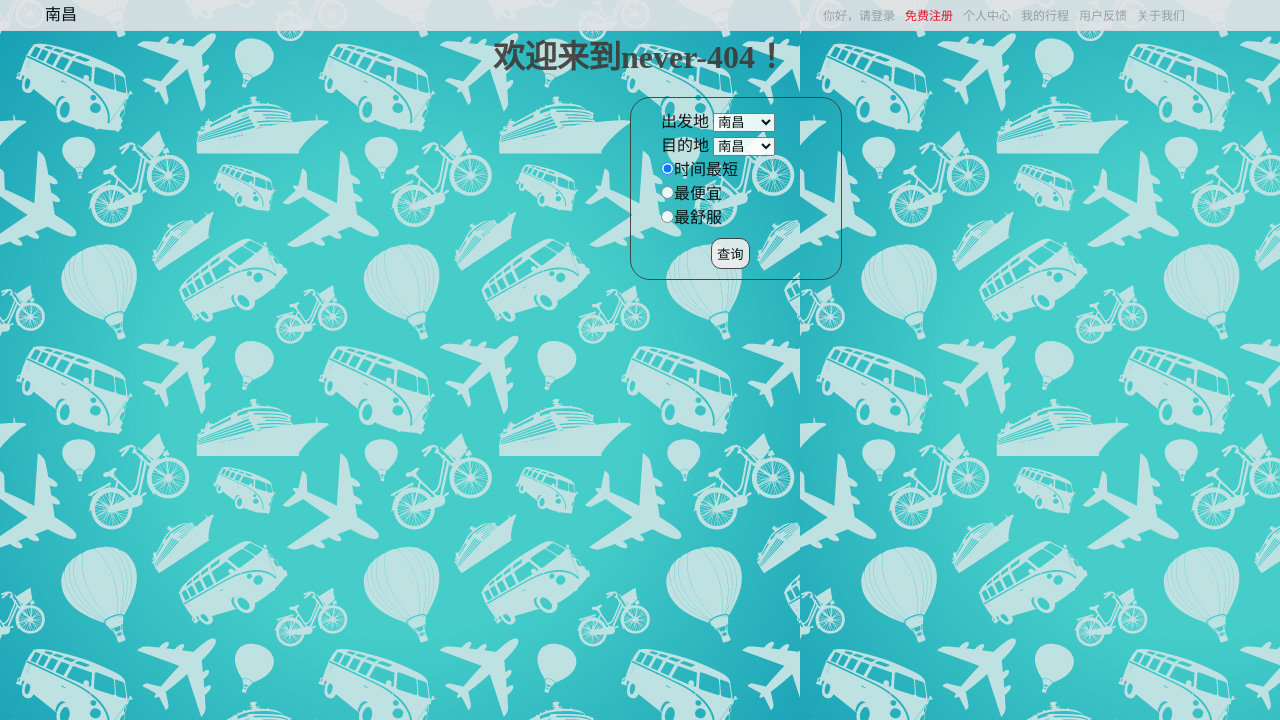
Repository: never-404/Intelligent-recommendation-system
Page: http://localhost/Intelligent-recommendation-system/mainpage.jsp
These files come from the project's save history. The page is drawn as it stood at one moment and after the next save; the edit follows.
The browser window is 1280 px wide. The pictures show the whole page.
The page is served by Tomcat 9. Nobody is signed in. The application's start-up code is not run.

Above is the page before, as saved 2019-04-24 11:34:32.

After the next save:
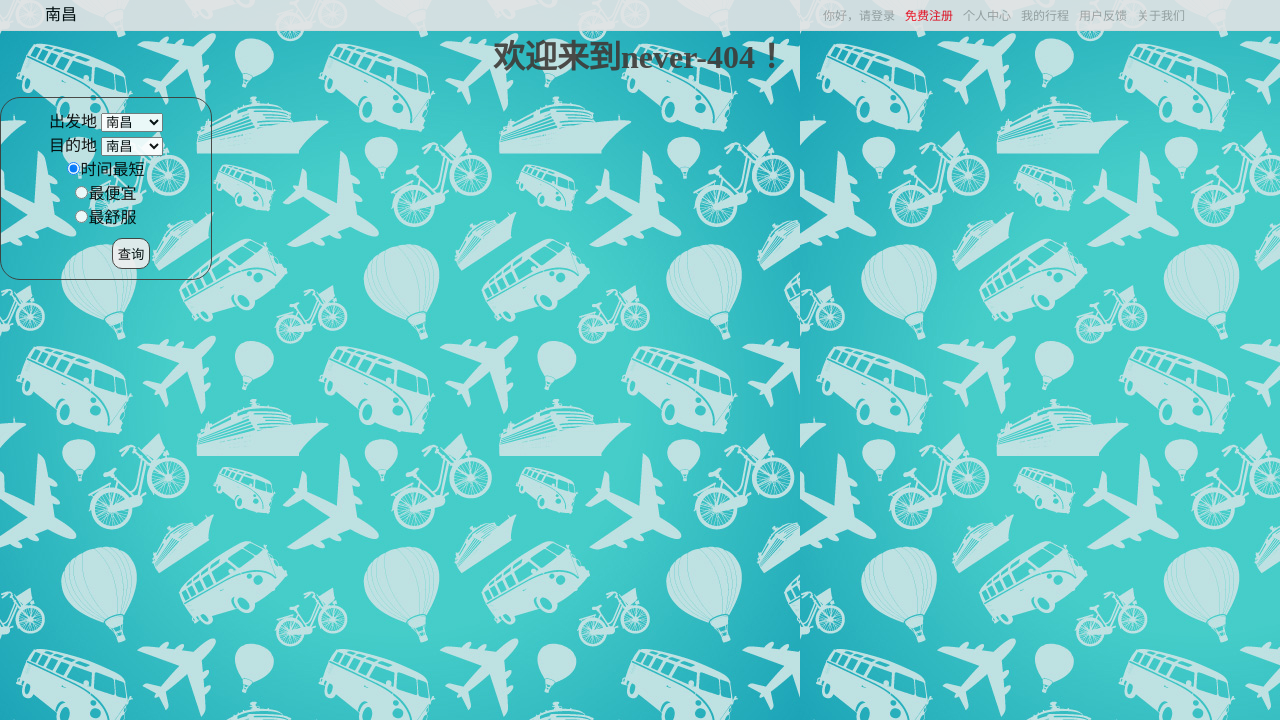
Saved 71 s later.
--- a/Intelligent-recommendation-system/WebRoot/mainpage.jsp
+++ b/Intelligent-recommendation-system/WebRoot/mainpage.jsp
@@ -57,7 +57,7 @@
         	 height:auto;
         }
         .main{
-        	margin-left:630px;
+        	text-align:center;
         	border:1px solid #3e3a37;
         	border-style:ridge;
         	border-radius:20px;
